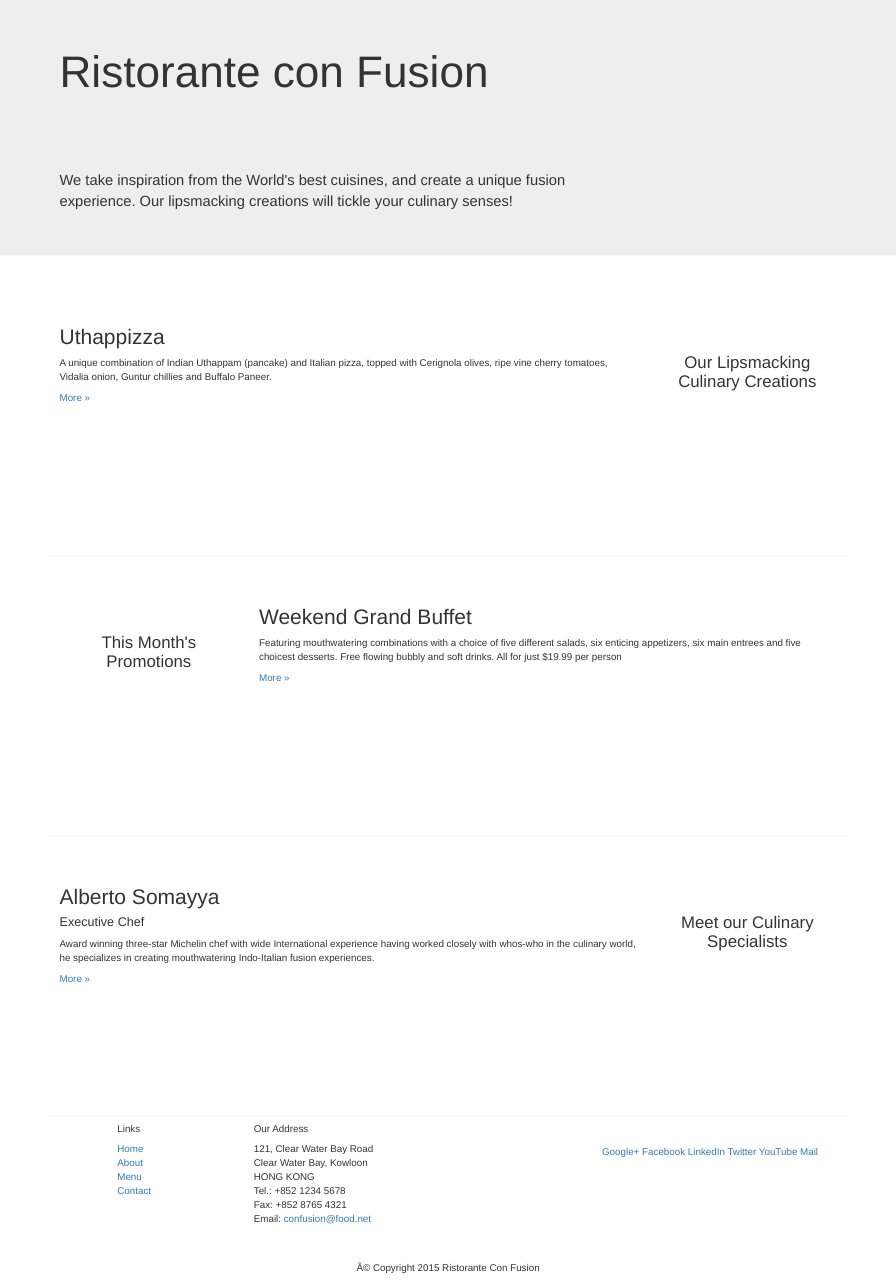
Repository: tagus24/Coursera
Page: Coursera/FullStackDeveloper/conFusion/src/main/webapp/index.html
An editor plug-in stored every save of this project. The page is shown before and after the next save, followed by the edit.
The browser window is 1280 px wide. The pictures show the whole page, at 70% of full size.
Some web libraries are served in a nearby version.

Above is the page before, as saved 2016-01-31 17:32:33.

After the next save:
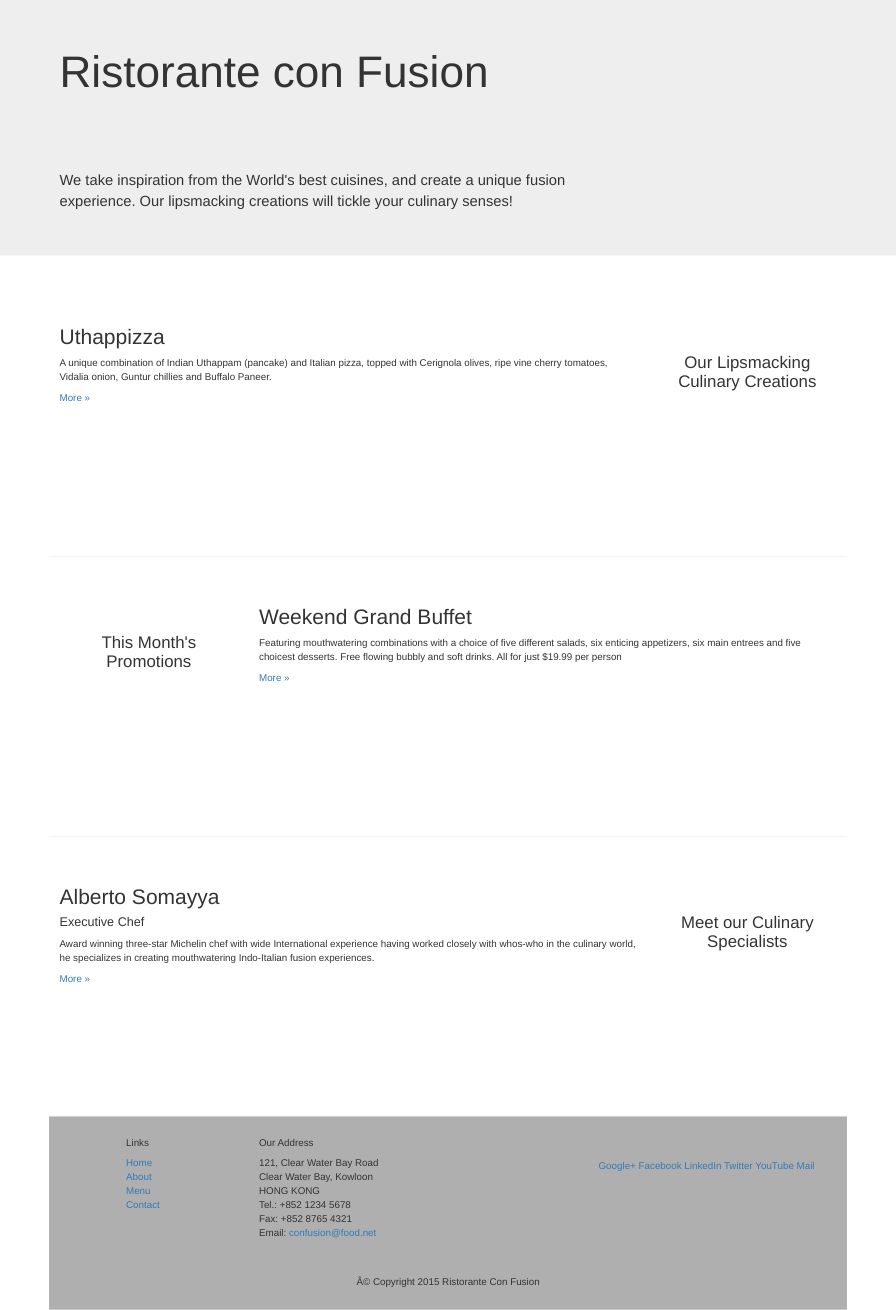
Saved 10 s later.
--- a/Coursera/FullStackDeveloper/conFusion/src/main/webapp/index.html
+++ b/Coursera/FullStackDeveloper/conFusion/src/main/webapp/index.html
@@ -85,7 +85,7 @@
 
     <footer>
         <div class="container">
-            <div class="row ">
+            <div class="row row-footer">
                 <div class="col-xs-5 col-xs-offset-1 col-sm-2 col-sm-offset-1">
                     <h5>Links</h5>
                     <ul class="list-unstyled">
